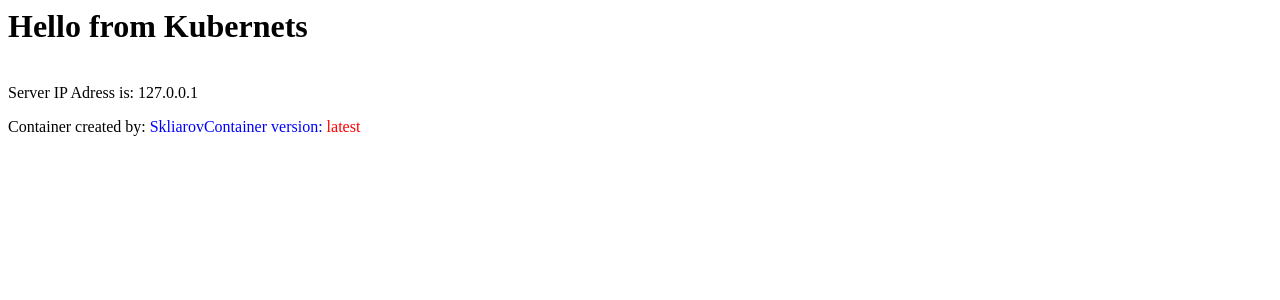
Repository: ISkliarov/Kubernetes
Page: http://localhost/
These files come from the project's save history. The page is drawn as it stood at one moment and after the next save; the edit follows.
The browser window is 1280 px wide. The pictures show the whole page.
The page is run by PHP 8.4 with error messages shown; the project is at /var/www/html/.

Above is the page before, as saved 2023-08-22 12:47:07.

### Dockerfile/index.php
<?php
$ip_server = $_SERVER['SERVER_ADDR'];

echo "<h1>Hello from Kubernets</h1><br>";
echo "Server IP Adress is: $ip_server", "<br><p>";
echo "Container created by: <font color=blue> Skliarov";
echo "Container version: <font color=red>latest";

?>

After the next save:
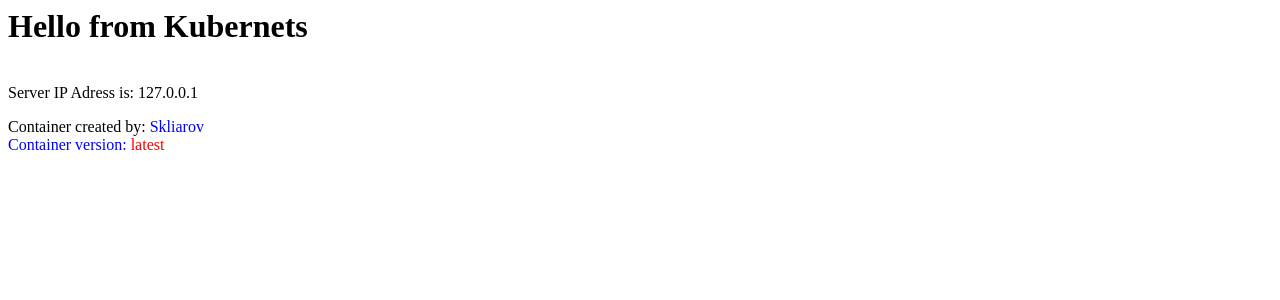
Saved 6 min 10 s later.
--- a/Dockerfile/index.php
+++ b/Dockerfile/index.php
@@ -3,7 +3,7 @@ $ip_server = $_SERVER['SERVER_ADDR'];
 
 echo "<h1>Hello from Kubernets</h1><br>";
 echo "Server IP Adress is: $ip_server", "<br><p>";
-echo "Container created by: <font color=blue> Skliarov";
+echo "Container created by: <font color=blue> Skliarov<br>";
 echo "Container version: <font color=red>latest";
 
 ?>
